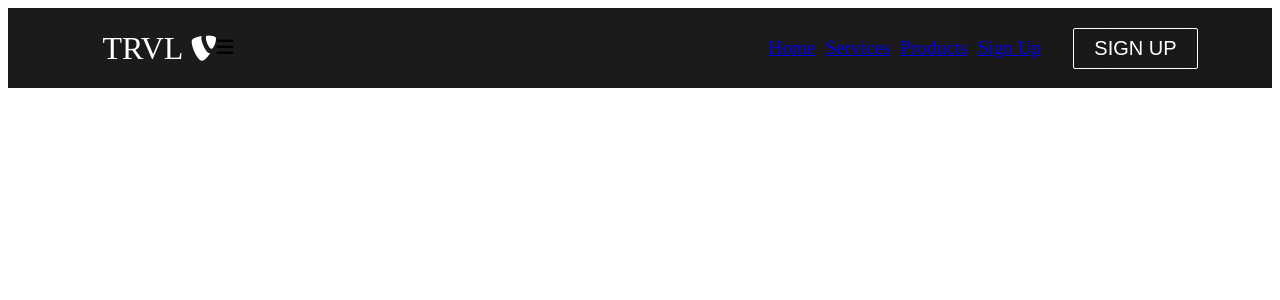
Repository: chefkuna/TRVL-web-site
Page: /
The author's editor kept a copy of each file at every save. The page is drawn from the files as they stood at one save, then again after the next save.
The browser window is 1280 px wide. The pictures show the whole page.
Some web libraries are served in a nearby version. The project was rebuilt for these pictures with package versions that can differ from the ones it lists, and the page was loaded fresh each time. Also part of the build but not shown: src/App.css.

Above is the page before, as saved 2022-08-28 20:40:30.

After the next save:
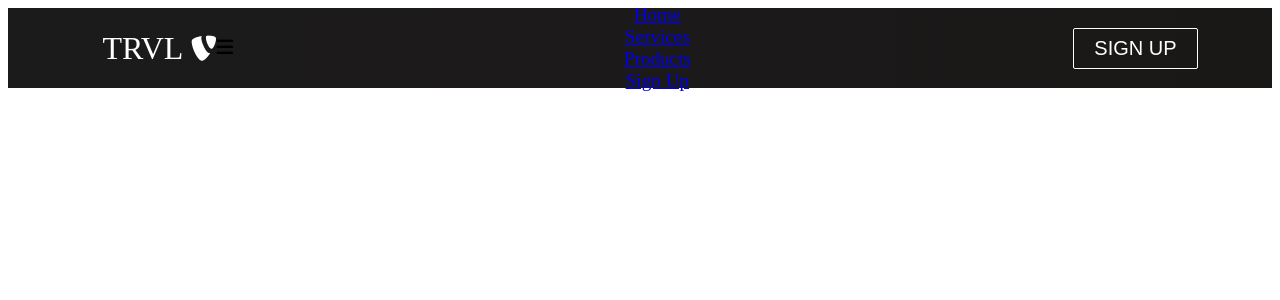
Saved 2 min 36 s later.
--- a/src/components/Navbar.css
+++ b/src/components/Navbar.css
@@ -35,9 +35,9 @@
 }
 
 .nav-menu {
-  display: grid;
+  /* display: grid;
   grid-template-columns: repeat(4, auto);
-  grid-gap: 10px;
+  grid-gap: 10px; */
   list-style: none;
   text-align: center;
   width: 60vw;
